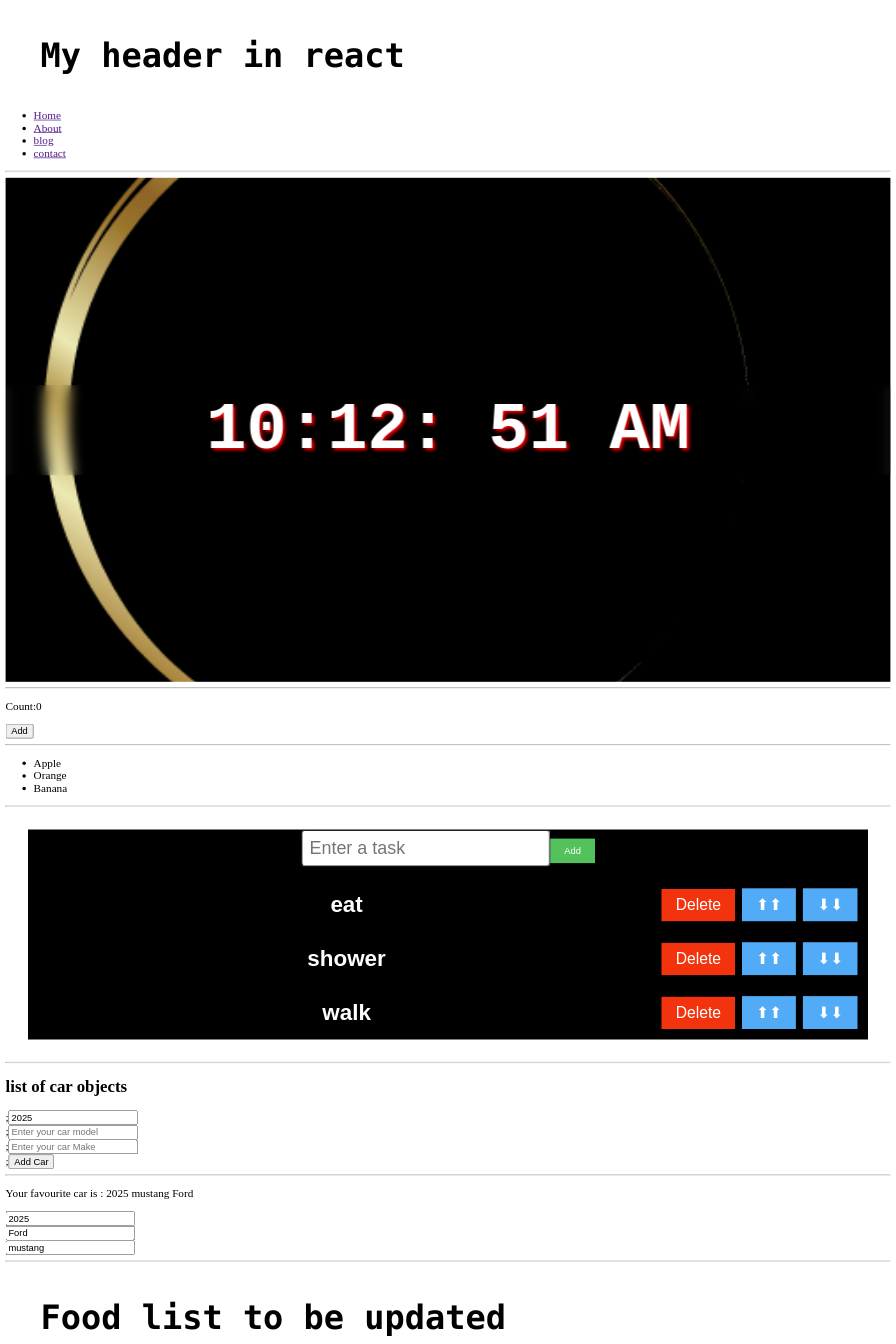
Repository: profbkmurage/reactLearning
Page: /
These files come from the project's save history. The page is drawn as it stood at one moment and after a run of saves; the edit follows.
The browser window is 1280 px wide. The pictures show the part of the page from y = 0 to 1920 px (the page is 6570 px tall), at 70% of full size.
Backgrounds fixed to the window are drawn as part of the page. The project was rebuilt for these pictures with package versions that can differ from the ones it lists, and the page was loaded fresh each time. Also part of the build but not shown: vite.config.js.

Above is the page before, as saved 2025-02-14 10:30:31.

After the next 2 saves:
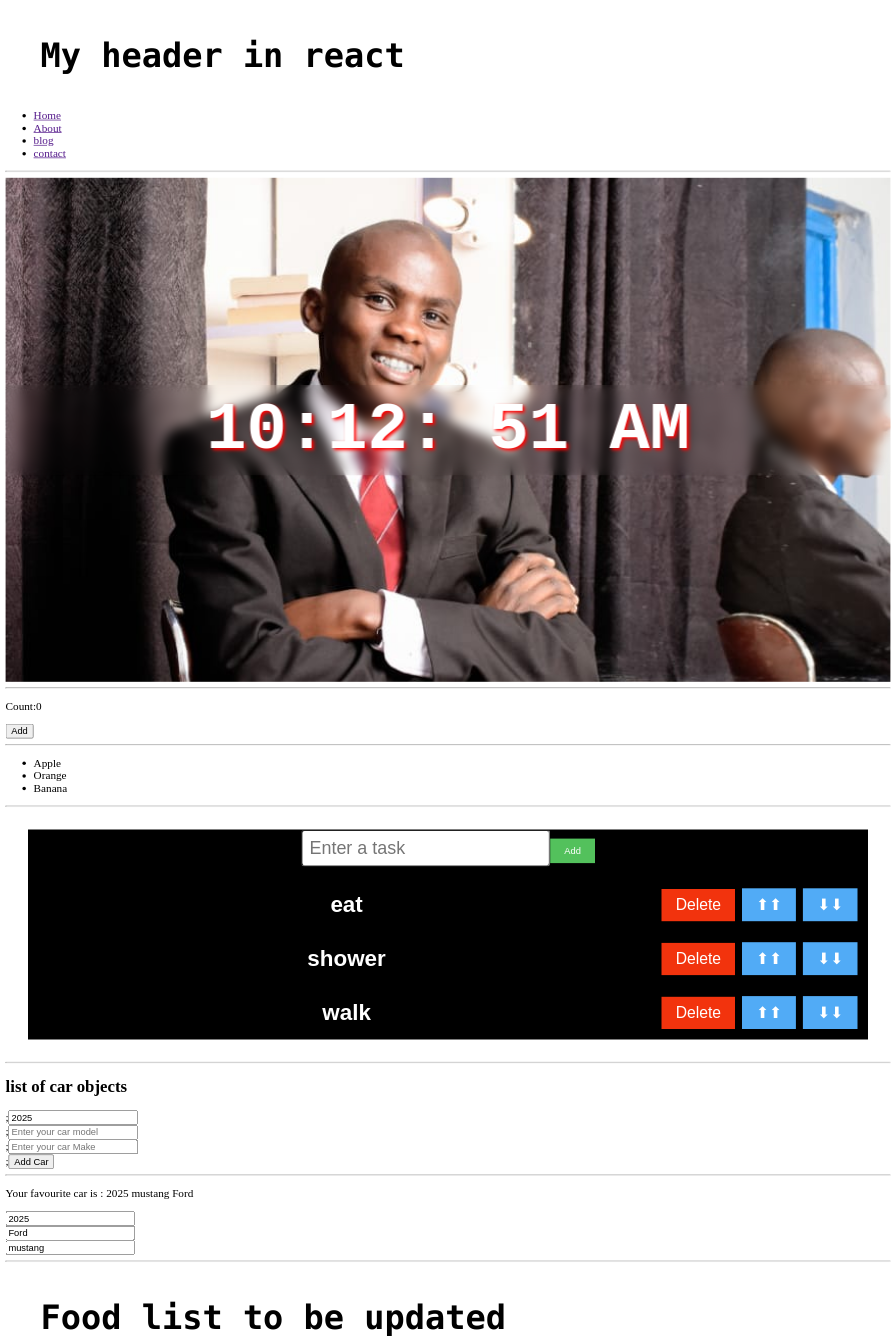
The 2 saves are shown as one change because they came seconds apart.
The last was saved 4 min 40 s later.
--- a/src/index.css
+++ b/src/index.css
@@ -215,7 +215,7 @@
 }
 
 .clock-body{
-  background-image: url(./assets/bg.png);
+  background-image: url(./assets/bk.jpg);
   background-attachment: fixed;
   background-position: center;
   background-repeat: no-repeat;

After the 2 saves that followed:
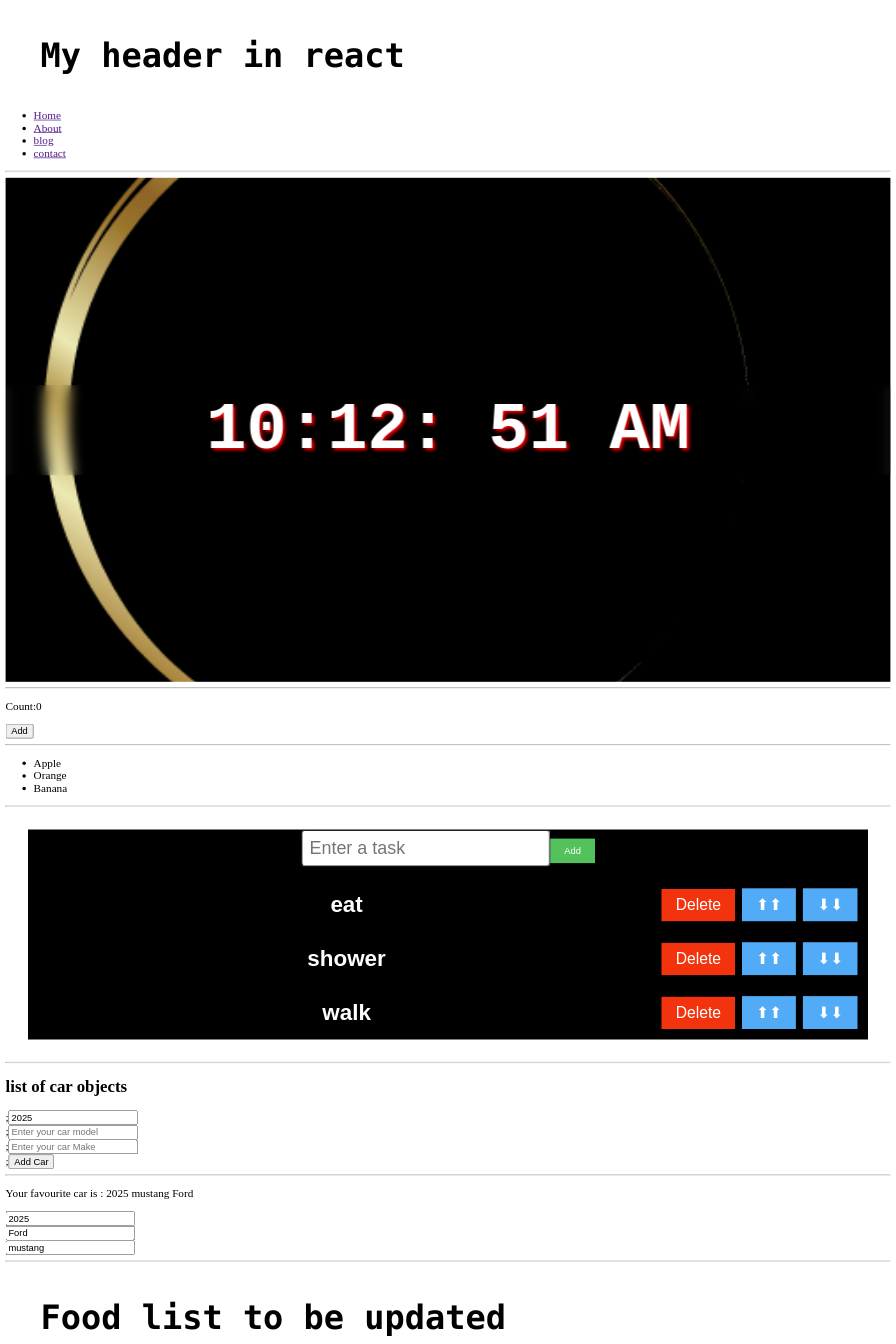
The 2 saves are shown as one change because they came seconds apart.
The last was saved 36 s later.
--- a/src/index.css
+++ b/src/index.css
@@ -215,7 +215,7 @@
 }
 
 .clock-body{
-  background-image: url(./assets/bk.jpg);
+  background-image: url(./assets/bg.png);
   background-attachment: fixed;
   background-position: center;
   background-repeat: no-repeat;
